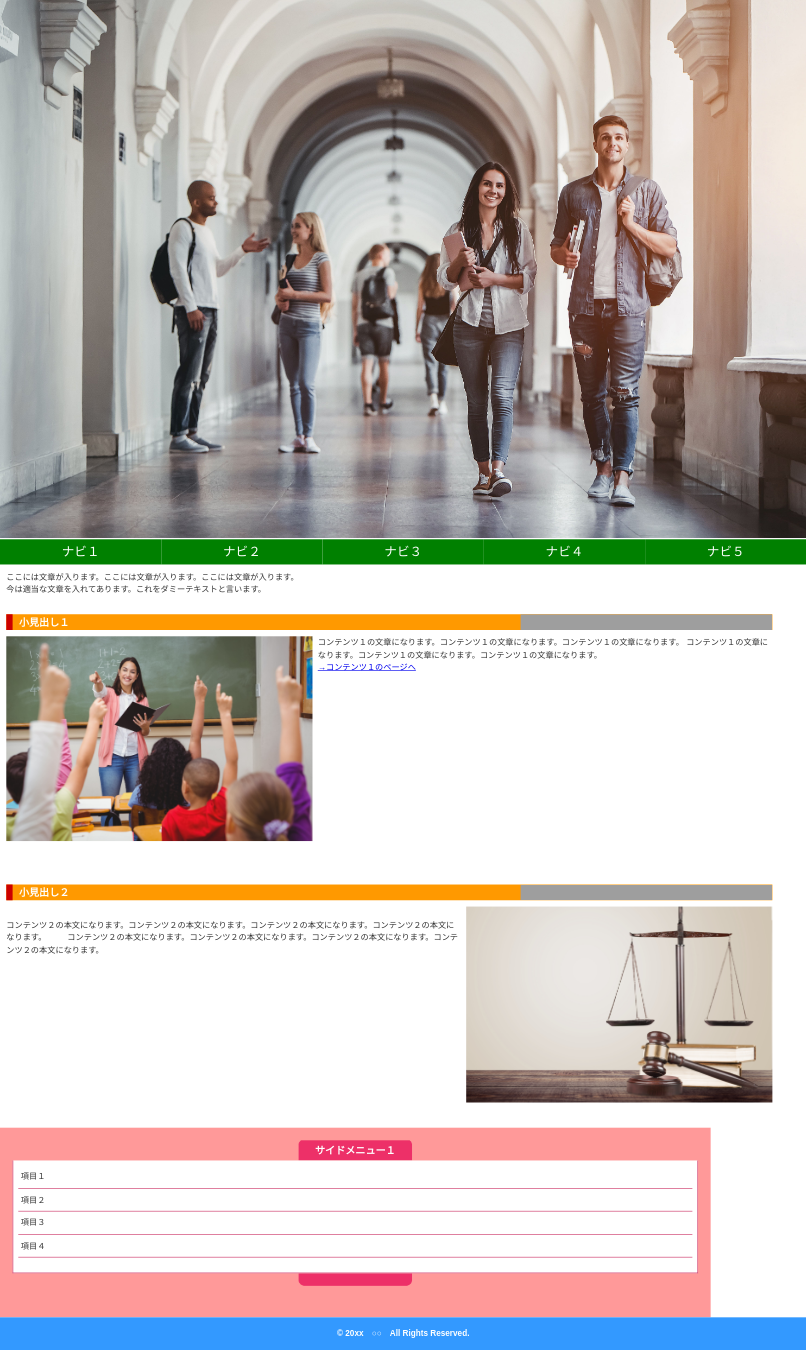
Repository: royal3773/samurai_HTML-CSS
Page: home/home.html
The author's editor kept a record of every edit. The page is drawn from the files as they stood at one moment, then again after the next edit.
The browser window is 1280 px wide. The pictures show the whole page, at 63% of full size.
Pictures or frames that could not be fetched are drawn as grey boxes.

Above is the page before.

After the next edit:
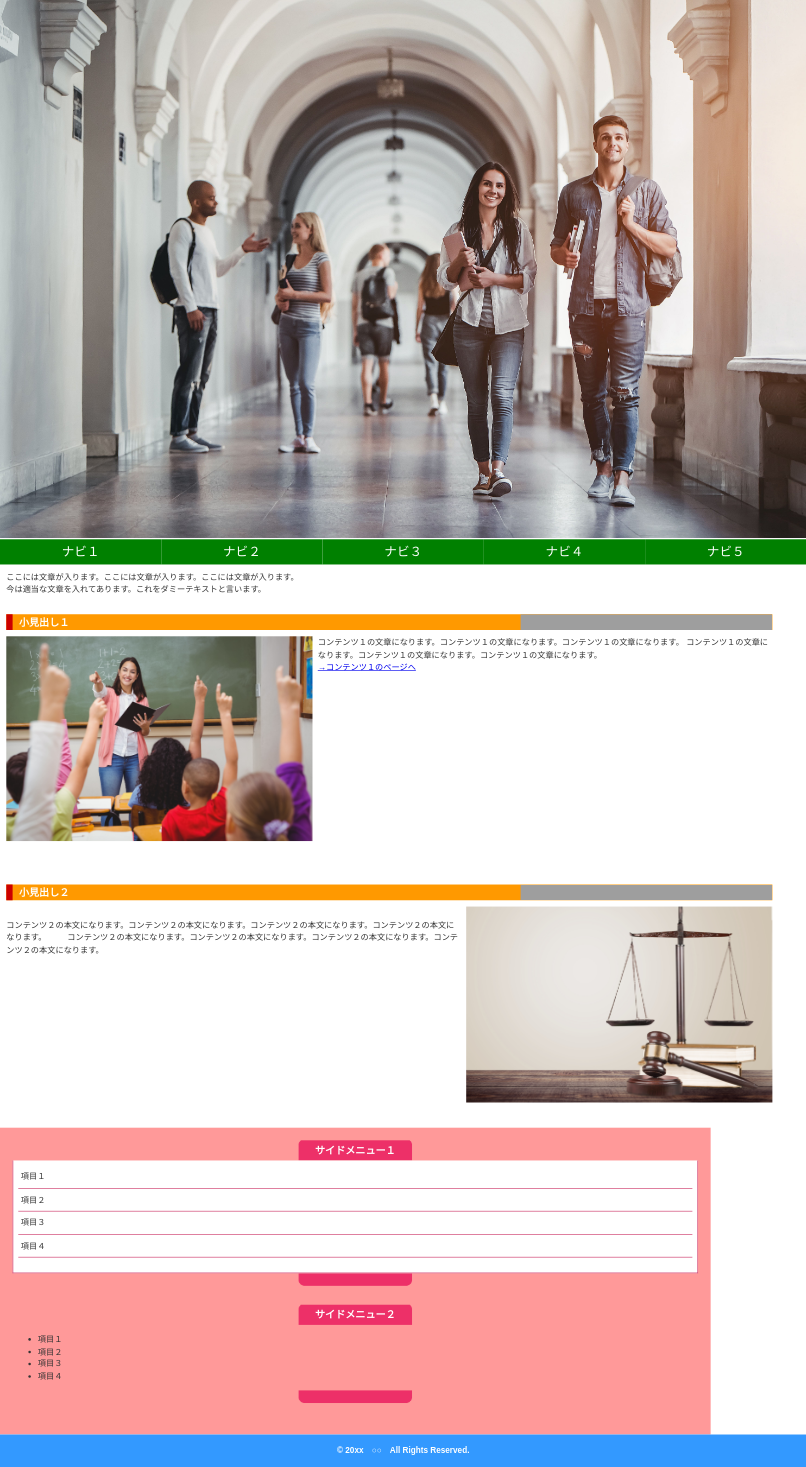
The edit:
--- a/home/home.html
+++ b/home/home.html
@@ -55,6 +55,17 @@
                  </ul>
              </div>
          </div>
+         <div class="box">
+             <h2>サイドメニュー２</h2>
+             <div calss="boxBody">
+                 <ul>
+                     <li>項目１</li>
+                     <li>項目２</li>
+                     <li>項目３</li>
+                     <li>項目４</li>
+                 </ul>
+             </div>
+         </div>
      </div>
      <div id="footer">
          <p>&copy; 20xx　○○　All Rights Reserved.</p>
